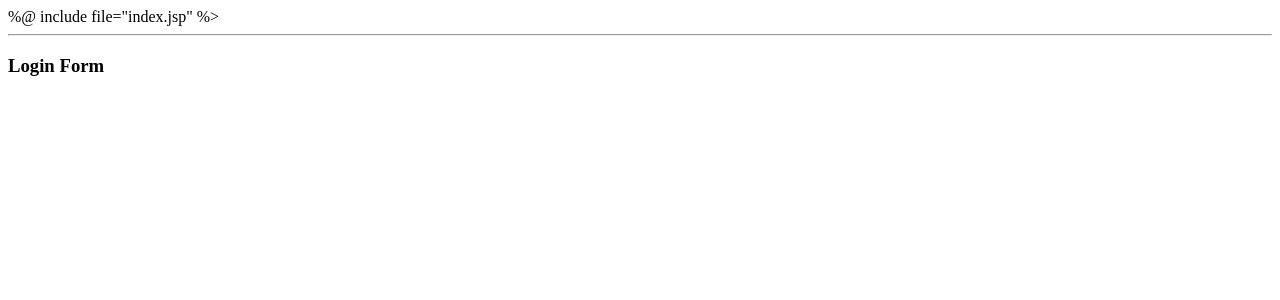
Repository: ashwinipatil321/ServletPrograms
Page: http://localhost/loginAndRegisterServlet/Register.jsp
The author's editor kept a copy of each file at every save. The page is drawn from the files as they stood at one save, then again after the next save.
The browser window is 1280 px wide. The pictures show the whole page.
The page is served by Tomcat 9. Other server files are loaded and not shown.

Above is the page before, as saved 2017-11-04 10:12:12.

### loginAndRegisterServlet/WebContent/Register.jsp
<%@ page language="java" contentType="text/html; charset=UTF-8"
    pageEncoding="UTF-8"%>
<!DOCTYPE html PUBLIC "-//W3C//DTD HTML 4.01 Transitional//EN" "http://www.w3.org/TR/html4/loose.dtd">
<html>
<head>
<meta http-equiv="Content-Type" content="text/html; charset=UTF-8">
<title>Insert title here</title>
</head>
<body>
%@ include file="index.jsp" %>
    <hr/>

    <h3>Login Form</h3>

<from action=RegisterServlet>
</body>
</html>

### loginAndRegisterServlet/WebContent/index.jsp
<%@ page language="java" contentType="text/html; charset=UTF-8"
    pageEncoding="UTF-8"%>
<!DOCTYPE html PUBLIC "-//W3C//DTD HTML 4.01 Transitional//EN" "http://www.w3.org/TR/html4/loose.dtd">
<html>
<head>
<meta http-equiv="Content-Type" content="text/html; charset=UTF-8">
<title>Insert title here</title>
</head>
<body>
<a href="login.jsp">login</a>|
</body>
</html>

After the next save:
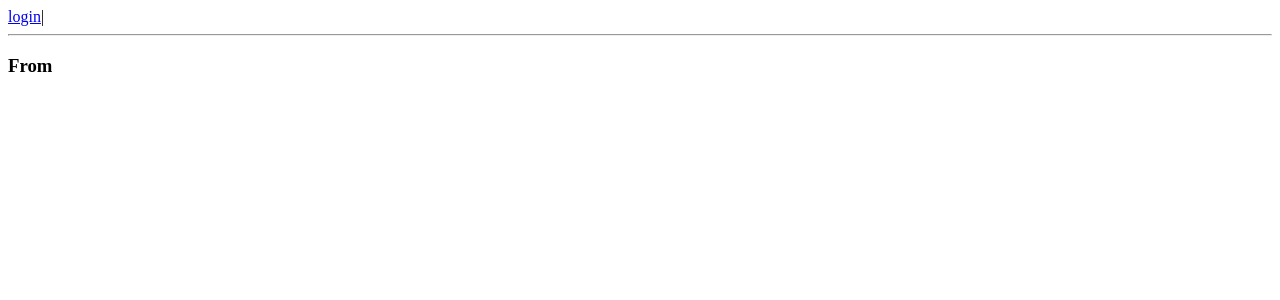
Saved 36 s later.
--- a/loginAndRegisterServlet/WebContent/Register.jsp
+++ b/loginAndRegisterServlet/WebContent/Register.jsp
@@ -7,10 +7,10 @@
 <title>Insert title here</title>
 </head>
 <body>
-%@ include file="index.jsp" %>
+<%@ include file="index.jsp" %>
     <hr/>
 
-    <h3>Login Form</h3>
+    <h3>From</h3>
 
 <from action=RegisterServlet>
 </body>
